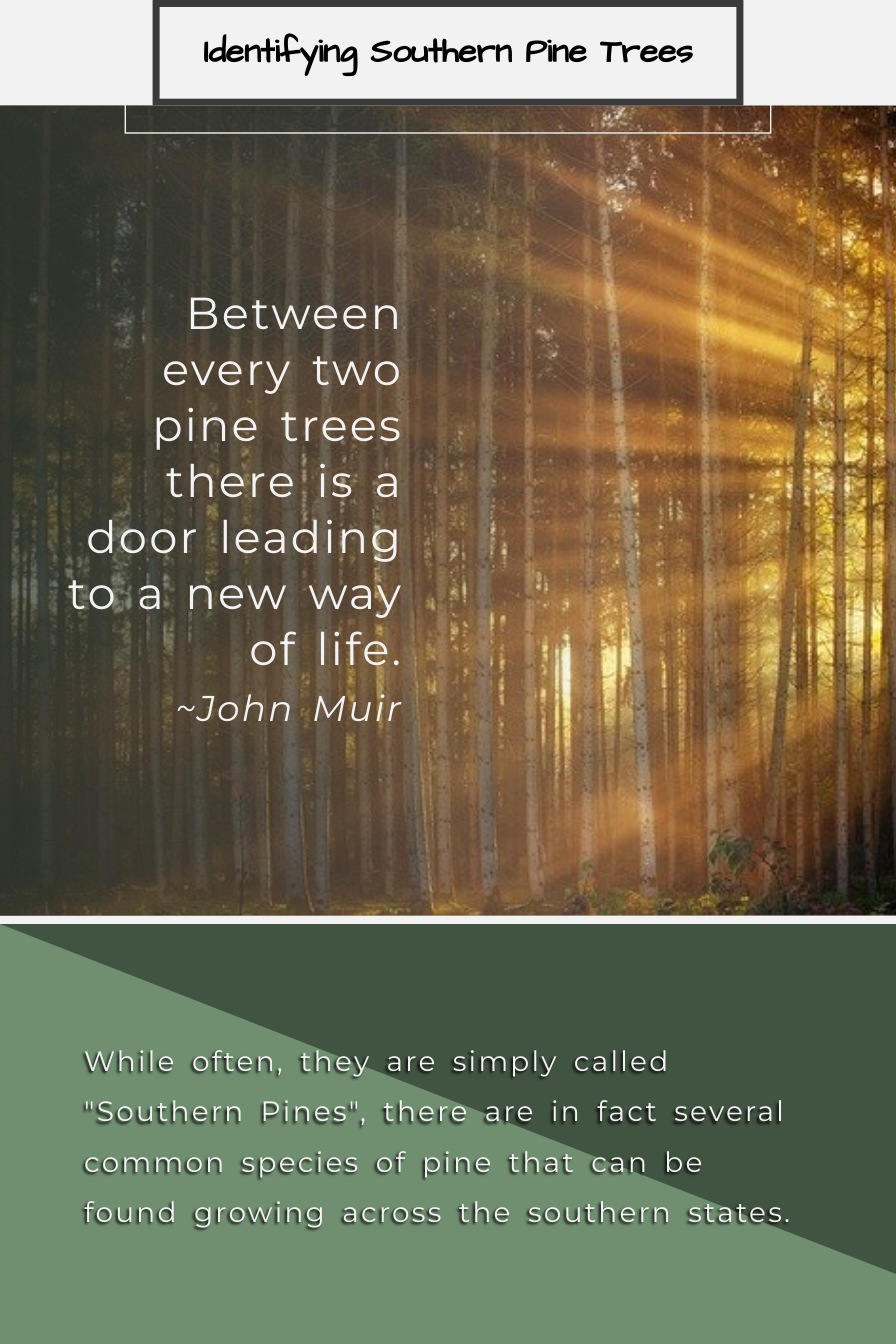
Repository: Sbethm/louisianaPineTrees
Page: pine_main.html
The author's editor kept a copy of each file at every save. The page is drawn from the files as they stood at one save, then again after the next save.
The browser window is 1280 px wide. The pictures show the part of the page from y = 0 to 1920 px (the page is 2983 px tall), at 70% of full size.
The style sheet was rebuilt from its Sass, Less or Tailwind sources for each picture, by a compiler version that may differ from the author's.

Above is the page before, as saved 2021-09-24 11:04:38.

After the next save:
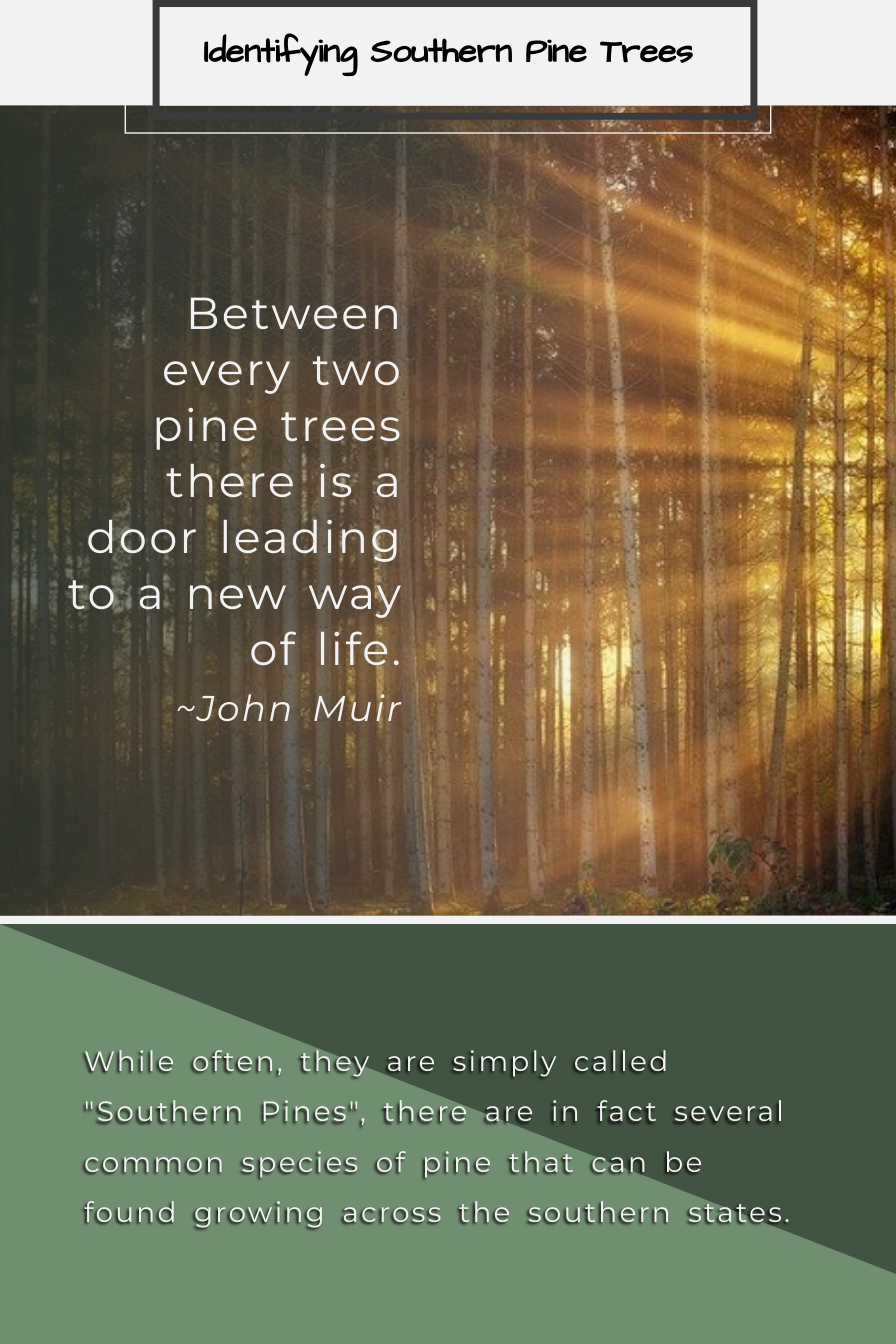
Saved 5 s later.
--- a/src/scss/main.scss
+++ b/src/scss/main.scss
@@ -32,7 +32,7 @@ h1{
         width: 100%;
         height: 100%;
         border: 10px solid #3a3a3a;
-
+        box-sizing: content-box;
         top: 0;
         left: 0;
     }
